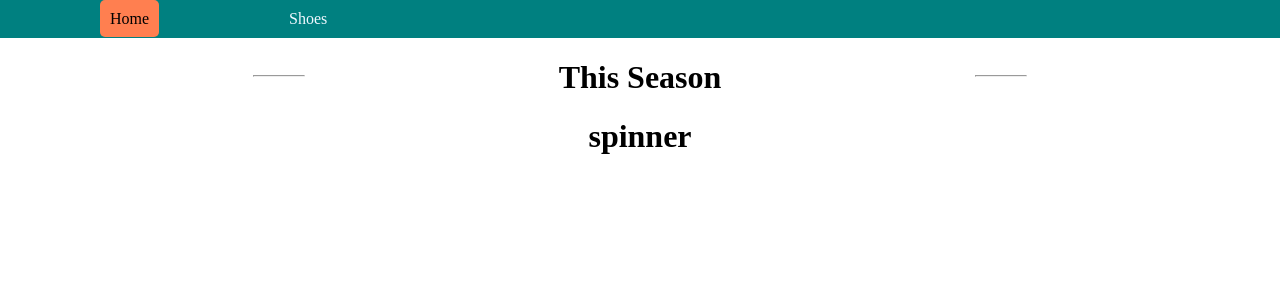
Repository: SalehK98/shop_app
Page: /
An editor plug-in stored every save of this project. The page is shown before and after the next save, followed by the edit.
The browser window is 1280 px wide. The pictures show the whole page.
The page's requests for data from a server got no answer. The project was rebuilt for these pictures with package versions that can differ from the ones it lists, and the page was loaded fresh each time. No one was signed in, and anything a server would have sent is missing. Also part of the build but not shown: src/components/ShoeCard/ShoeCard.jsx, src/pages/Shoes/Shoes.jsx, src/pages/Shoe/Shoe.jsx, src/pages/Error/Error.jsx. Imported but missing from the stored project, and not drawn on this page: src/assets/video/preview.mp4.

Above is the page before, as saved 2023-02-28 11:18:01.

After the next save:
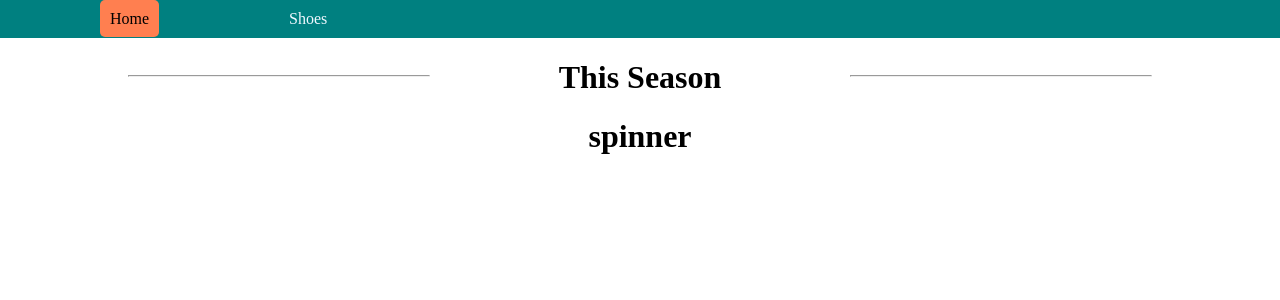
Saved 7 s later.
--- a/src/pages/Home/Home.jsx
+++ b/src/pages/Home/Home.jsx
@@ -53,9 +53,9 @@ export default function Home() {
       /> */}
       {/* {playVideo()} */}
       <h1 style={{ display: "flex" }}>
-        <hr width="50px" style={{ height: "0" }} />
+        <hr width="300px" style={{ height: "0" }} />
         This Season
-        <hr width="50px" style={{ height: "0" }} />
+        <hr width="300px" style={{ height: "0" }} />
       </h1>
 
       {data ? (
